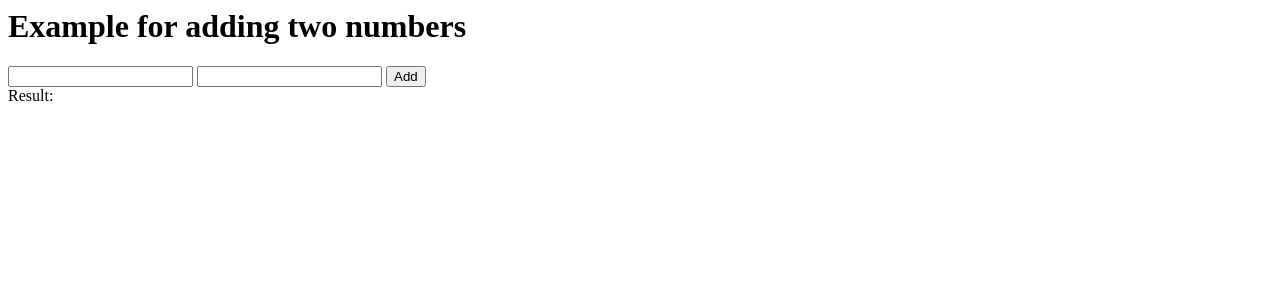
Repository: priyanalleboina/JsTraining
Page: Priyanka _JsExcercies/Excersice-14-ts/index.html
An editor plug-in stored every save of this project. The page is shown before and after the next save, followed by the edit.
The browser window is 1280 px wide. The pictures show the whole page.

Above is the page before, as saved 2020-06-04 11:35:36.
Not found: Priyanka _JsExcercies/Excersice-14-ts/main.ts

### Priyanka _JsExcercies/Excersice-14-ts/index.html
<html lang="en">
<head>
  <meta charset="UTF-8">
  <meta name="viewport" content="width=device-width, initial-scale=1.0">
  <title>Add Program</title>
</head>
<script src="main.ts"></script>
<body>
  <div>
    <h1>Example for adding two numbers</h1>
    <input id="name">
    <input id="age">
    <button onclick="AddDetails();">Add</button>
    <div>
    <span>Result:</span>
    <span id="sum"></span>
  </div>
  </div>
</body>
</html>

After the next save:
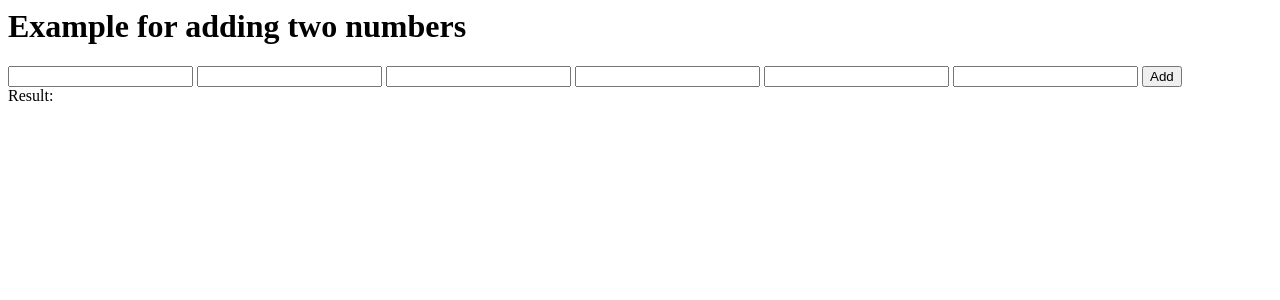
Saved 80 s later.
--- a/Priyanka _JsExcercies/Excersice-14-ts/index.html
+++ b/Priyanka _JsExcercies/Excersice-14-ts/index.html
@@ -8,8 +8,12 @@
 <body>
   <div>
     <h1>Example for adding two numbers</h1>
+    <input id="id">
     <input id="name">
     <input id="age">
+    <input id="hno">
+    <input id="colname">
+    <input id="street">
     <button onclick="AddDetails();">Add</button>
     <div>
     <span>Result:</span>
